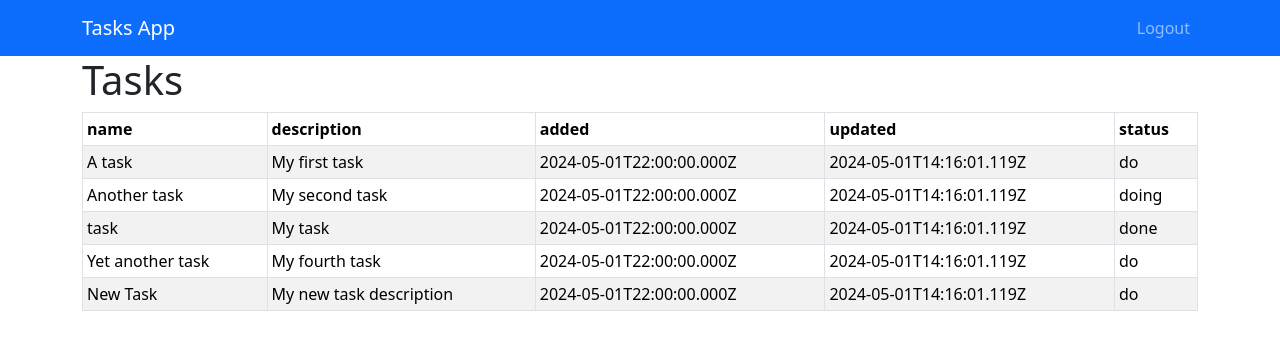
Repository: trider/react-task-app
Page: /tasks
An editor plug-in stored every save of this project. The page is shown before and after the next save, followed by the edit.
The browser window is 1280 px wide. The pictures show the whole page.
The project was rebuilt for these pictures with package versions that can differ from the ones it lists, and the page was loaded fresh each time. Also part of the build but not shown: src/pages/Login.js.

Above is the page before, as saved 2024-05-02 18:06:04.

### src/App.js

import 'bootstrap/dist/css/bootstrap.min.css';
import ReactDOM from "react-dom/client";
import { BrowserRouter, Routes, Route } from "react-router-dom";
import LoginForm from "./pages/Login";
import TaskList from "./pages/Task";


let App = () => {
  return (
    <div>
    <BrowserRouter>
      <Routes>
          <Route index element={<LoginForm />} />
          <Route path="login" element={<LoginForm />} />
          <Route path="tasks" element={<TaskList />} />
      </Routes>
    </BrowserRouter>






    </div>


  );
}


export default App;

### src/pages/Task.js
import Table from 'react-bootstrap/Table';
import Container from 'react-bootstrap/Container';
import Nav from 'react-bootstrap/Nav';
import Navbar from 'react-bootstrap/Navbar';
import NavDropdown from 'react-bootstrap/NavDropdown';

const userTasks= [
 {
   id: "6630ab326e723ac1ea6dce7a",
   description: "My first task",
   name: "A task",
   taskId: 1,
   user: "jonnygold",
   added: "2024-05-01T22:00:00.000Z",
   updated: "2024-05-01T14:16:01.119Z",
   status: "do",
   isActive: true
 },
 {
   id: "6630fe5d6e723ac1ea6dce7e",
   description: "My second task",
   name: "Another task",
   taskId: 2,
   user: "jonnygold",
   added: "2024-05-01T22:00:00.000Z",
   updated:"2024-05-01T14:16:01.119Z",
   status: "doing",
   isActive: true
 },
 {
   id: "6630fe826e723ac1ea6dce7f",
   description: "My task",
   name: "task",
   taskId: 3,
   user: "jonnygold",
   added: "2024-05-01T22:00:00.000Z",
   updated:"2024-05-01T14:16:01.119Z",
   status: "done",
   isActive: true
 },
 {
   id: "6631f17cc4c9b7f5ab3c28c3",
   name: "Yet another task",
   description: "My fourth task",
   user: "jonnygold",
   taskId: 4,
   added: "2024-05-01T22:00:00.000Z",
   updated:"2024-05-01T14:16:01.119Z",
   isActive: true,
   status: "do",

 },
 {
   id: "66323f0d54b80929f84ebdd2",
   user: "jonnygold",
   name: "New Task",
   description: "My new task description",
   status: "do",
   taskId: 5,
   added: "2024-05-01T22:00:00.000Z",
   updated:"2024-05-01T14:16:01.119Z",
   isActive: true,
 }

]

const tableCols = [
  'name',
  'description',
  'added',
  'updated',
  'status',
];



const TaskTable = () => {
  return (
    <div>
      <Table striped bordered hover size="sm">
      <thead>
        <tr>
          {tableCols.map((col) => (
            <th key={col}>{col}</th>
          ))}
        </tr>
      </thead>
      <tbody>
        {userTasks.map((task) => (
          <tr key={task.id}>
            {tableCols.map((col) => (
              <td key={col}>{task[col]}</td>
            ))}
          </tr>
        ))}

      </tbody>
    </Table>




    </div>
  );
}

const NavbarComponent = () => {
  return (
    <Navbar bg="primary" expand="lg" data-bs-theme="dark">
      <Container>
        <Navbar.Brand href="#home">Tasks App</Navbar.Brand>
        <Navbar.Toggle aria-controls="basic-navbar-nav" />
        <Navbar.Collapse id="basic-navbar-nav">
          <Nav className="me-auto" >
          </Nav>
          <Nav>
            <Nav.Link href="/login">Logout</Nav.Link>
          </Nav>
        </Navbar.Collapse>
      </Container>
    </Navbar>
  );
}

const TaskList = () => {
  return (
    <div>

    <NavbarComponent />
    <Container>

      <h1>Tasks</h1>
      <TaskTable />
    </Container>
    </div>
  );
}

export default TaskList;

Loaded but not shown: public/index.html (common file); src/index.js (common file); src/index.css (common file); src/reportWebVitals.js (common file)

After the next save:
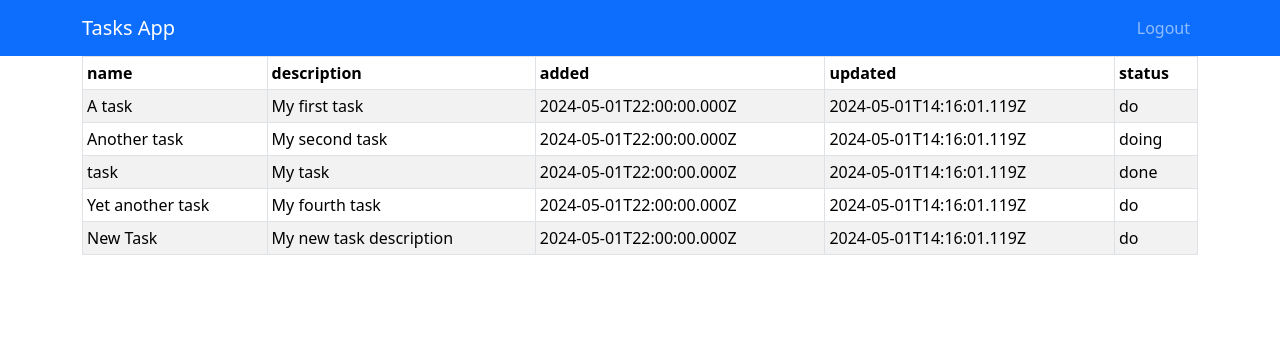
Saved 15 s later.
--- a/src/pages/Task.js
+++ b/src/pages/Task.js
@@ -128,8 +128,6 @@ const TaskList = () => {
 
     <NavbarComponent />
     <Container>
-
-      <h1>Tasks</h1>
       <TaskTable />
     </Container>
     </div>
